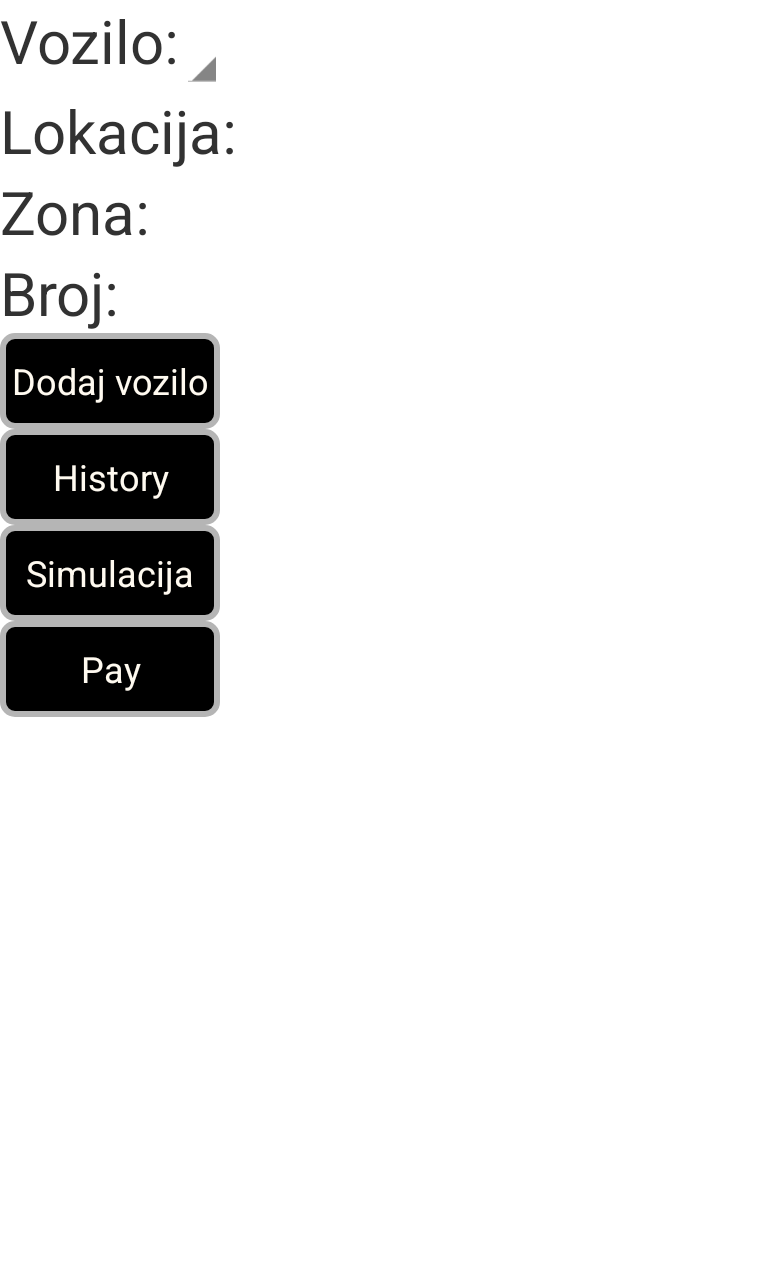
Repository: Kondorcom/GPS_parking
Layout: GPSParking/res/layout/activity_main.xml
An editor plug-in stored every save of this project. The layout is shown before and after the next save, followed by the edit.
It is drawn on a 768 x 1280 px phone screen (xhdpi) without system bars, with theme AppTheme; the app's code is not run. The app's manifest (not shown) leaves right-to-left support off. So textAlignment, textDirection and layoutDirection are ignored, and left and right values win over start and end ones.

Above is the layout before, as saved 2016-05-16 11:17:25.

### GPSParking/res/layout/activity_main.xml
<LinearLayout xmlns:android="http://schemas.android.com/apk/res/android"
    xmlns:tools="http://schemas.android.com/tools"
    android:layout_width="match_parent"
    android:layout_height="match_parent"
    android:layout_margin="10dp"
    android:orientation="vertical" >

    <LinearLayout
        android:layout_width="match_parent"
        android:gravity="start"
        android:layout_height="wrap_content" >

        <TextView
            android:id="@+id/textView1"
            android:layout_width="wrap_content"
            android:layout_height="wrap_content"
            android:text="Vozilo:"
            android:textSize="30sp" />

        <Spinner
            android:id="@+id/spinner1"
            android:layout_width="wrap_content"
            android:layout_height="45dp" />
    </LinearLayout>

    <LinearLayout
        android:id="@+id/LinearLayout4"
        android:layout_width="match_parent"
        android:layout_height="wrap_content" >

        <TextView
            android:id="@+id/textView2"
            android:layout_width="wrap_content"
            android:layout_height="wrap_content"
            android:text="@string/lokacija"
            android:textSize="30sp" />

        <TextView
            android:id="@+id/textView4"
            android:layout_width="wrap_content"
            android:layout_height="wrap_content"
            android:layout_marginStart="10dp"
            android:layout_weight="0.04"
            android:text=""
            android:textSize="30sp" />

    </LinearLayout>

    <LinearLayout
        android:layout_width="match_parent"
        android:layout_height="wrap_content" >

        <TextView
            android:id="@+id/textView3"
            android:layout_width="wrap_content"
            android:layout_height="wrap_content"
            android:text="@string/zona"
            android:textSize="30sp" />

        <TextView
            android:id="@+id/textView5"
            android:layout_width="wrap_content"
            android:layout_height="wrap_content"
            android:layout_marginLeft="20dp"

            android:text=""
            android:textSize="30sp" />

    </LinearLayout>

    <LinearLayout
        android:layout_width="match_parent"
        android:layout_height="wrap_content" >

        <LinearLayout
            android:layout_width="wrap_content"
            android:layout_height="match_parent" >

            <TextView
                android:id="@+id/textView6"
                android:layout_width="wrap_content"
                android:layout_height="wrap_content"
                android:text="@string/broj"
                android:textSize="30sp" />
        </LinearLayout>

        <TextView
            android:id="@+id/textView7"
            android:layout_width="wrap_content"
            android:layout_height="wrap_content"
            android:text=""
            android:textSize="30sp" />
    </LinearLayout>

    <LinearLayout
        android:layout_width="match_parent"
        android:layout_height="wrap_content" >

        <Button
            android:id="@+id/button5"
            android:layout_width="wrap_content"
            android:layout_height="wrap_content"
            android:text="@string/addVozilo2"
            android:onClick="gotoDodaj"
            android:textColor="#fffaf0"
             android:background="@drawable/btn_shape"
             />

    </LinearLayout>

    <LinearLayout
        android:layout_width="match_parent"
        android:layout_height="wrap_content"
        android:orientation="vertical" >

        <Button
            android:id="@+id/button2"
            android:layout_width="wrap_content"
            android:layout_height="wrap_content"
            android:onClick="gotoHistory"
            android:text="@string/history"

            android:textColor="#fffaf0"
             android:background="@drawable/btn_shape"

            />
    </LinearLayout>


    <Button
        android:id="@+id/button4"
        android:layout_width="wrap_content"
        android:layout_height="wrap_content"
        android:textColor="#fffaf0"
             android:background="@drawable/btn_shape"

        android:text="@string/update" />

    <LinearLayout
        android:layout_width="match_parent"
        android:layout_height="wrap_content"
        android:orientation="vertical" >

        <Button
            android:id="@+id/button3"
            android:layout_width="wrap_content"
            android:layout_height="wrap_content"
            android:text="@string/pay"
            android:textColor="#fffaf0"
             android:background="@drawable/btn_shape" />

    </LinearLayout>

</LinearLayout>

### GPSParking/res/values/strings.xml
<?xml version="1.0" encoding="utf-8"?>
<resources>

    <string name="app_name">GPS Parking</string>
    <string name="hello_world">Hello world!</string>
    <string name="action_settings">Settings</string>
    <string name="lokacija">Lokacija:</string>
    <string name="Plus">+</string>
    <string name="addVozilo">Ime vozila</string>
    <string name="addTablica">Registracija</string>
    <string name="addVozilo2">Dodaj vozilo</string>
    <string name="history">History</string>
    <string name="update">Simulacija</string>
    <string name="pay">Pay</string>
    <string name="zona">Zona:</string>
    <string name="broj">Broj:</string>
    <string name="title_activity_vozilo">VoziloActivity</string>
    <string name="Vehicle">Vehicle</string>
    <string name="Plate">Plate</string>
    <string name="City">City</string>
    <string name="Zone">Zone</string>
    <string name="Date">Date</string>
    <string name="Time">Time</string>
    <string name="hint_vehicle">Vehicle name</string>
    <string name="hint_registration">Registration</string>

</resources>

### GPSParking/res/drawable/btn_shape.xml
<?xml version="1.0" encoding="utf-8"?>


<selector xmlns:android="http://schemas.android.com/apk/res/android" >


 <!-- default -->
<item android:state_pressed="false" android:state_focused="false">
    <shape >
      <corners
android:radius="6dp"
/>
<solid
android:color="#000000"
/>
<padding
android:left="0dp"
android:top="0dp"
android:right="0dp"
android:bottom="0dp"
/>
<size
android:width="110dp"
android:height="30dp"

/>
<stroke
android:width="3dp"
android:color="#B5B5B5"

/>

     </shape>
</item>

<!-- button focused -->
<item android:state_pressed="false" android:state_focused="true">
    <shape >
    <corners
android:radius="6dp"
/>
<solid
android:color="#000000"
/>
<padding
android:left="0dp"
android:top="0dp"
android:right="0dp"
android:bottom="0dp"
/>
<size
android:width="110dp"
android:height="30dp"

/>
<stroke
android:width="3dp"
android:color="#B5B5B5"

/>

     </shape>
</item>
<!-- button pressed -->
<item android:state_pressed="true" android:state_focused="false">
    <shape >
     <corners
android:radius="6dp"
/>
<solid
android:color="#000000"
/>
<padding
android:left="0dp"
android:top="0dp"
android:right="0dp"
android:bottom="0dp"
/>
<size
android:width="110dp"
android:height="30dp"

/>
<stroke
android:width="3dp"
android:color="#B5B5B5"

/>

    </shape>
</item> </selector>

Loaded but not shown: GPSParking/res/values/styles.xml (common file); GPSParking/res/values-v11/styles.xml (common file); GPSParking/res/values-v14/styles.xml (common file)

After the next save:
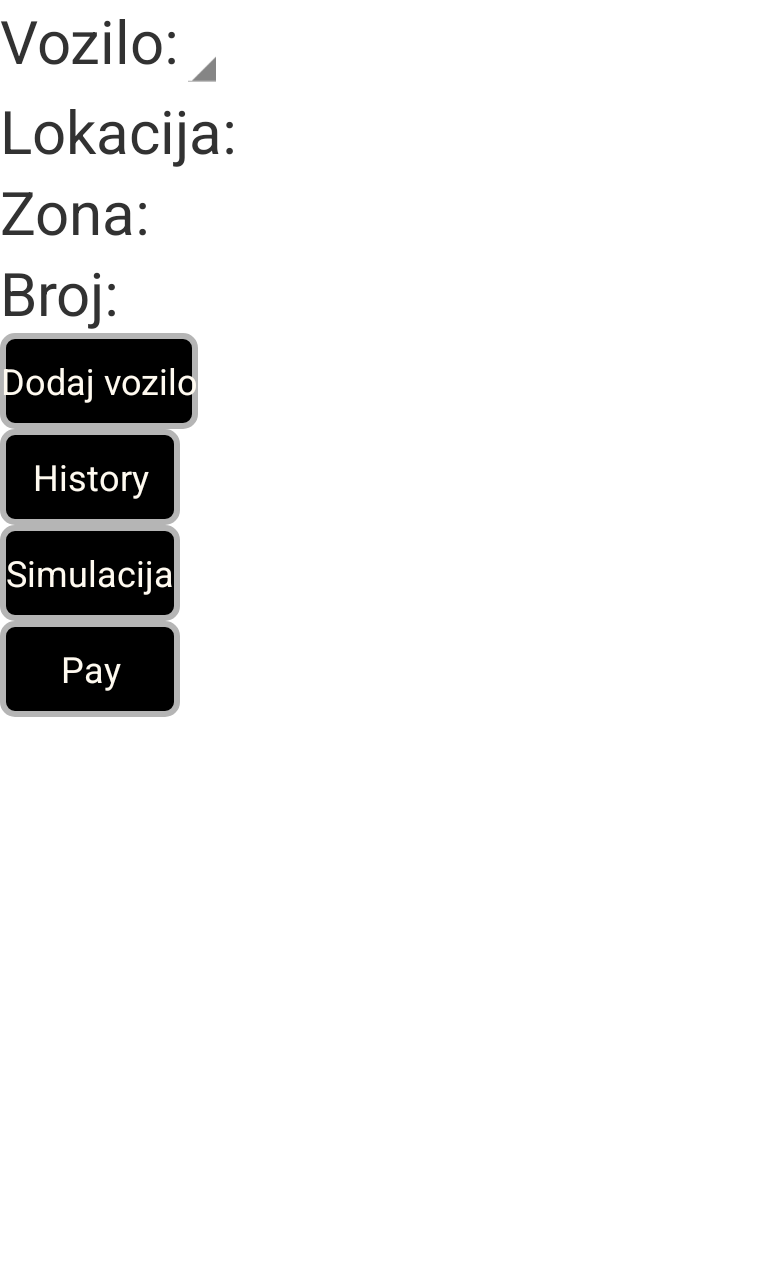
Saved 76 s later.
--- a/GPSParking/res/drawable/btn_shape.xml
+++ b/GPSParking/res/drawable/btn_shape.xml
@@ -20,7 +20,7 @@
 android:bottom="0dp"
 />
 <size
-android:width="110dp"
+android:width="90dp"
 android:height="30dp"
 
 />

After the 2 saves that followed:
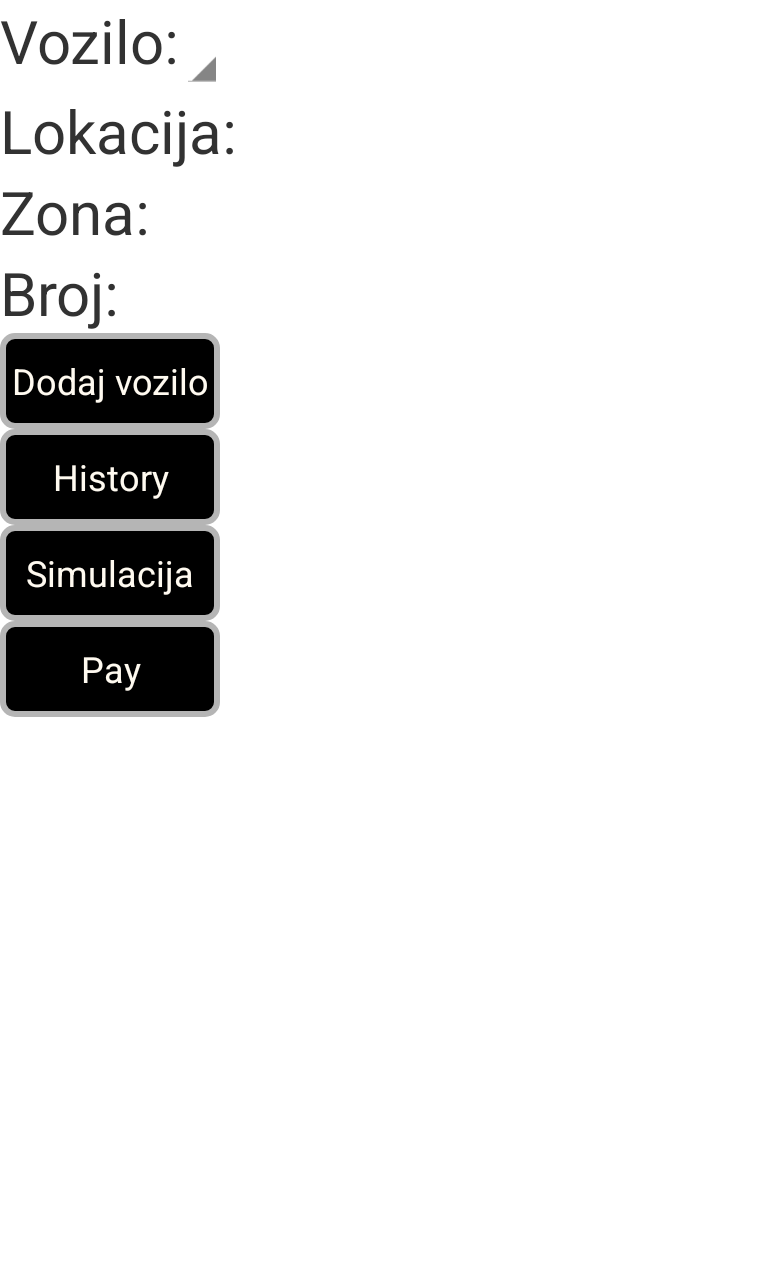
The 2 saves are shown as one change because 1 left the picture as it was.
The last was saved 118 s later.
--- a/GPSParking/res/drawable/btn_shape.xml
+++ b/GPSParking/res/drawable/btn_shape.xml
@@ -20,7 +20,7 @@
 android:bottom="0dp"
 />
 <size
-android:width="90dp"
+android:width="110dp"
 android:height="30dp"
 
 />
@@ -68,7 +68,7 @@
 android:radius="6dp"
 />
 <solid
-android:color="#000000"
+android:color="#ff3300"
 />
 <padding
 android:left="0dp"
